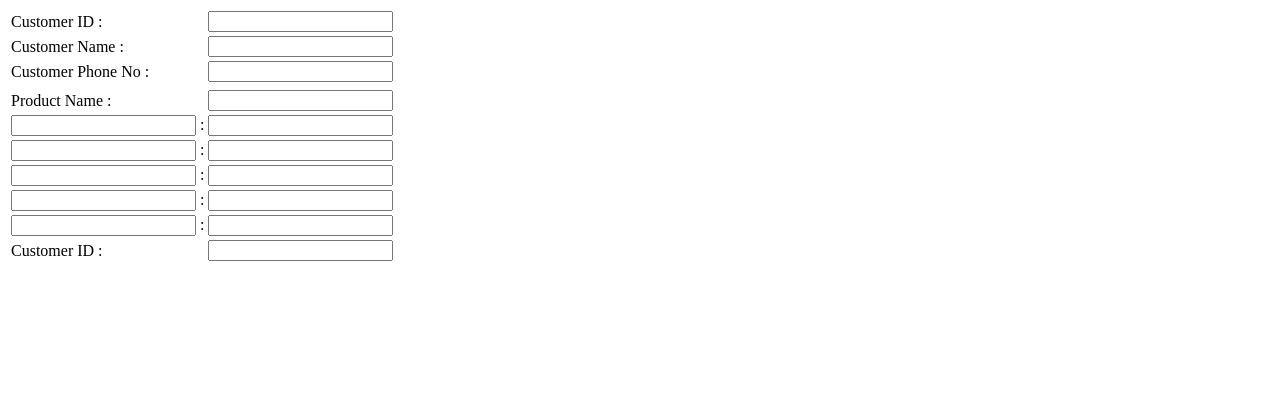
Repository: gajanansp07/Advance_Java_Practice
Page: http://localhost/JspPro/JspTest.jsp
An editor plug-in stored every save of this project. The page is shown before and after the next save, followed by the edit.
The browser window is 1280 px wide. The pictures show the whole page.
The page is served by Tomcat 9.

Above is the page before, as saved 2022-03-13 13:57:30.

After the next save:
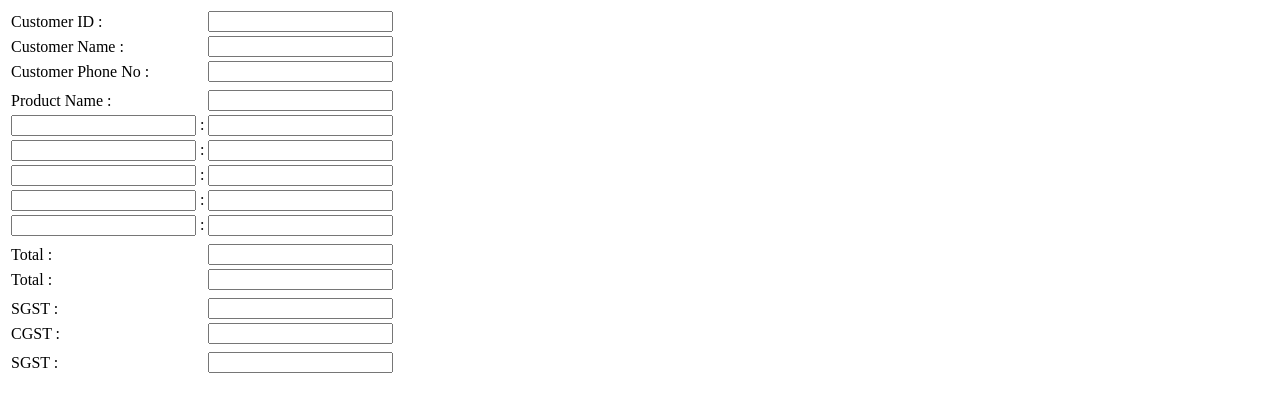
Saved 3 min 17 s later.
--- a/JspPro/src/main/webapp/JspTest.jsp
+++ b/JspPro/src/main/webapp/JspTest.jsp
@@ -19,9 +19,14 @@
 	<tr><td> <input type="text" name="cname" id="cname"> : </td><td> <input type="text" name="cname" id="cname"> </td></tr>
 	<tr><td> <input type="text" name="cname" id="cname"> : </td><td> <input type="text" name="cname" id="cname"> </td></tr>
 	<tr><td> <input type="text" name="cname" id="cname"> : </td><td> <input type="text" name="cname" id="cname"> </td></tr>
-
-	<tr><td>Customer ID : </td><td> <input type="text" name="cname" id="cname"> </td></tr>
-
+	<tr><td></td> </tr>
+	<tr><td> Total : </td><td> <input type="text" name="cname" id="cname"> </td></tr>
+	<tr><td> Total : </td><td> <input type="text" name="cname" id="cname"> </td></tr>
+	<tr><td></td> </tr>
+	<tr><td> SGST : </td><td> <input type="text" name="cname" id="cname"> </td></tr>
+	<tr><td> CGST : </td><td> <input type="text" name="cname" id="cname"> </td></tr>
+	<tr><td></td> </tr>
+	<tr><td> SGST : </td><td> <input type="text" name="cname" id="cname"> </td></tr>
 	</table>
 	</form>
 
